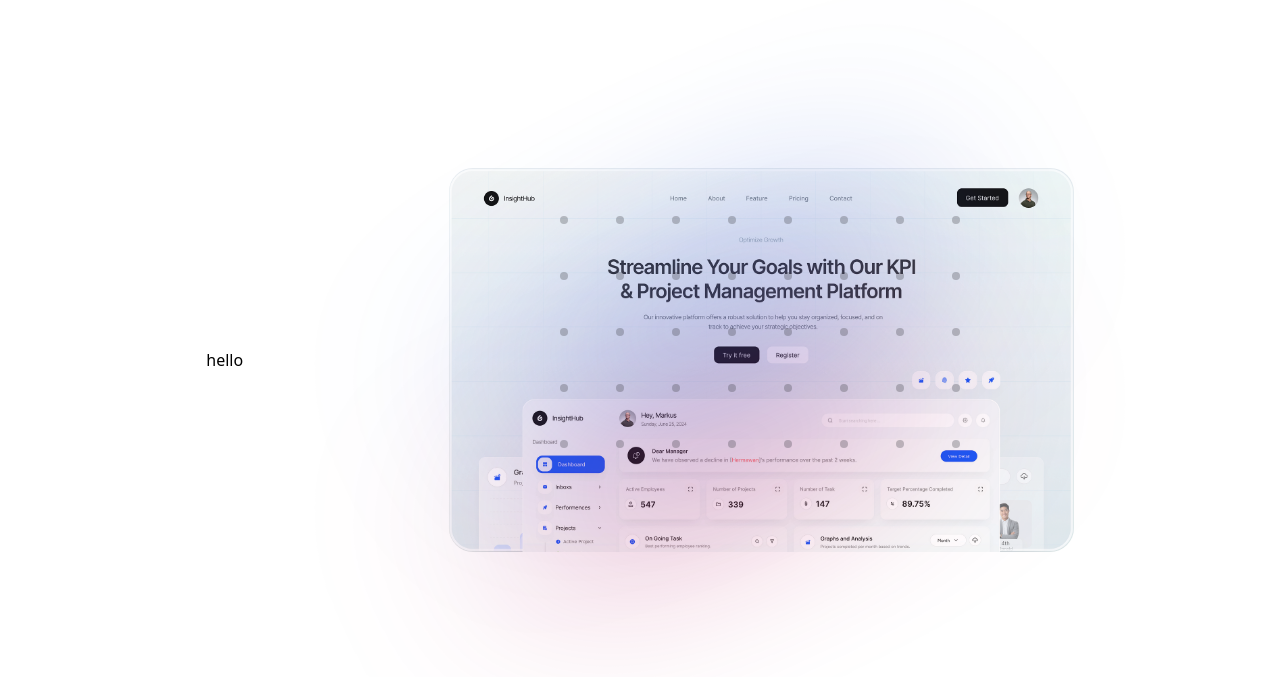
Repository: 30namp/youtube-web-art-code
Page: stunning landing page 1/index.html
An editor plug-in stored every save of this project. The page is shown before and after the next save, followed by the edit.
The browser window is 1280 px wide. The pictures show the whole page.

Above is the page before, as saved 2024-09-26 18:27:27.

After the next save:
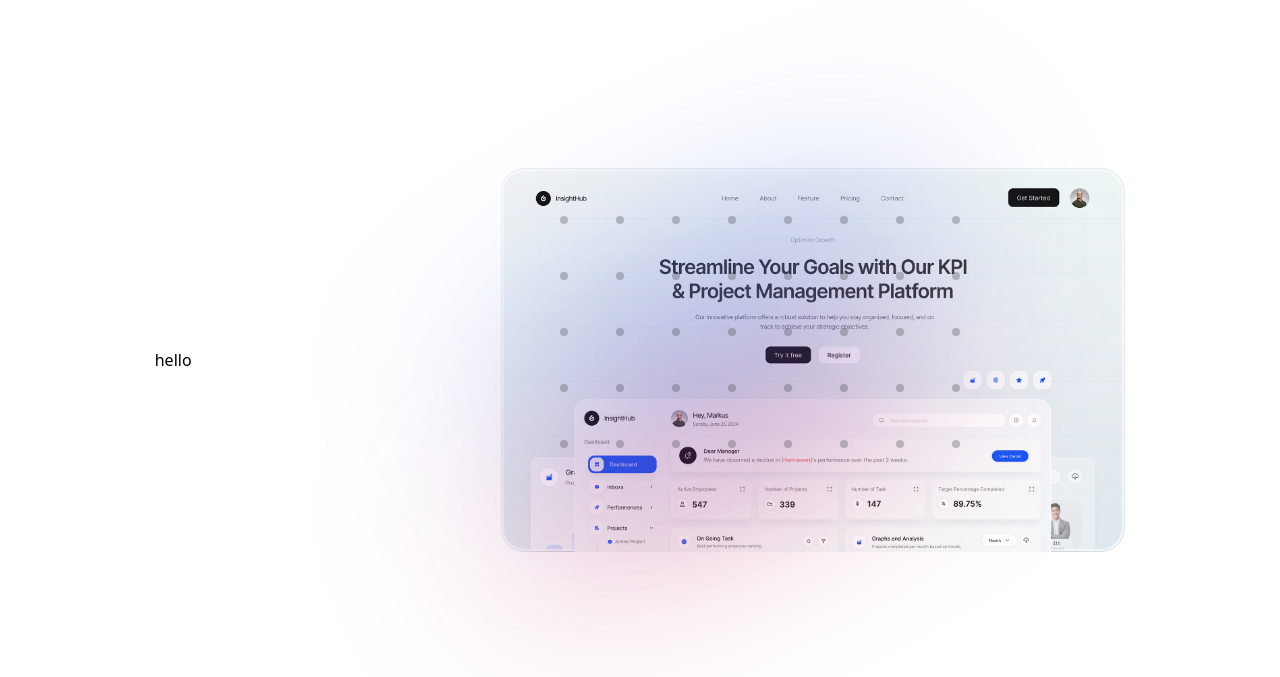
Saved 23 s later.
--- a/stunning landing page 1/index.html
+++ b/stunning landing page 1/index.html
@@ -56,7 +56,7 @@
       <div class="rounded-full bg-zinc-700/30 size-2 shadow-lg"></div>
     </div>
 
-    <div class="hero-section h-screen flex justify-evenly items-center">
+    <div class="hero-section h-screen flex justify-around items-center">
       <div class="content">hello</div>
       <img class="h-96 rounded-3xl" src="./img.png" alt="" />
     </div>
